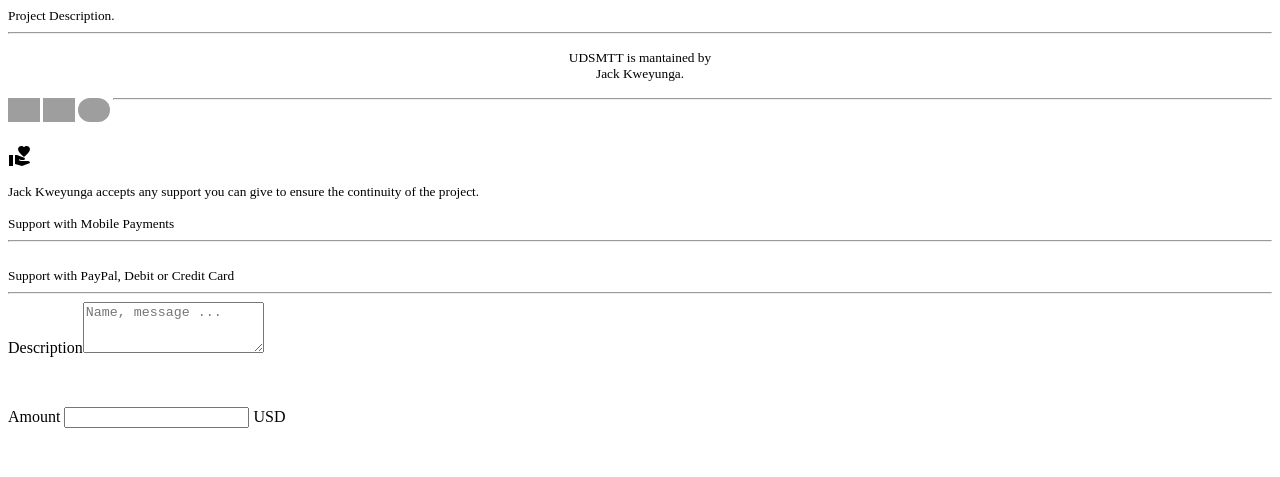
Repository: jackkweyunga/jek-mobile-timetable-v2
Page: src/modules/html/tmb-leftSN.html
An editor plug-in stored every save of this project. The page is shown before and after the next save, followed by the edit.
The browser window is 1280 px wide. The pictures show the whole page.
Pictures or frames that could not be fetched are drawn as grey boxes.

Above is the page before, as saved 2021-11-23 04:34:25.

### src/modules/html/tmb-leftSN.html
<div class="d-flex flex-column p-2">

  <small>Project Description.</small>
  <hr>

  <p class="myFont">
    <center><small>UDSMTT is mantained by <br> Jack Kweyunga.</small></center>
  </p>
  <div class="d-flex justify-content-center">
    <a href="https://tz.linkedin.com/in/jack-k-b7354017a?trk=profile-badge/">
      <img align="left" alt="jack's LinkedIN" width="32px"
        src="https://raw.githubusercontent.com/peterthehan/peterthehan/master/assets/linkedin.svg" />
    </a>

    <a class="px-5" href="https://twitter.com/jackkweyunga">
      <img align="left" alt="jack's twitter" width="32px"
        src="https://raw.githubusercontent.com/peterthehan/peterthehan/master/assets/twitter.svg" />
    </a>

    <a href="https://github.com/jackkweyunga">
      <img align="left" alt="jack's github" width="32px" class="bg-white p-0" style="border-radius: 100px;"
        src="https://raw.githubusercontent.com/peterthehan/peterthehan/master/assets/github.svg" />
    </a>
  </div>
  <hr>

  <br>
  <br>

  <svg xmlns="http://www.w3.org/2000/svg" enable-background="new 0 0 24 24" height="24px" viewBox="0 0 24 24"
    width="24px" fill="#000000">
    <g>
      <rect fill="none" height="24" width="24" />
    </g>
    <g>
      <g>
        <rect height="11" width="4" x="1" y="11" />
        <path
          d="M16,3.25C16.65,2.49,17.66,2,18.7,2C20.55,2,22,3.45,22,5.3c0,2.27-2.91,4.9-6,7.7c-3.09-2.81-6-5.44-6-7.7 C10,3.45,11.45,2,13.3,2C14.34,2,15.35,2.49,16,3.25z" />
        <path
          d="M20,17h-7l-2.09-0.73l0.33-0.94L13,16h2.82c0.65,0,1.18-0.53,1.18-1.18v0c0-0.49-0.31-0.93-0.77-1.11L8.97,11H7v9.02 L14,22l8.01-3v0C22,17.9,21.11,17,20,17z" />
      </g>
    </g>
  </svg>

  <p class="myFont">
    <small>
      Jack Kweyunga accepts any support you can give to
      ensure the continuity of the project.
    </small>

  </p>
</div>

<small class="myFont">Support with Mobile Payments</small>
<hr>


<br>

<small class="myFont">Support with PayPal, Debit or Credit Card</small>
<hr>

<div id="smart-button-container">
  <div class="d-flex flex-column"><label for="description" class="input-group-text">Description</label><textarea
      type="text" name="descriptionInput" id="description" maxlength="127" class="form-control" value="" rows="3"
      placeholder="Name, message ..."></textarea></div>
  <p id="descriptionError" style="visibility: hidden; color:red; text-align: center;">Please enter a description</p>
  <div class="input-group"><label for="amount" class="input-group-text">Amount </label><input name="amountInput"
      type="number" class="form-control" id="amount" value=""><span class="input-group-text"> USD</span></div>
  <p id="priceLabelError" style="visibility: hidden; color:red; text-align: center;">Please enter a price</p>
  <div id="invoiceidDiv" style="text-align: center; display: none;"><label for="invoiceid"> </label><input
      name="invoiceid" class="form-control" maxlength="127" type="text" id="invoiceid" value=""></div>
  <p id="invoiceidError" style="visibility: hidden; color:red; text-align: center;">Please enter an Invoice ID</p>
  <div style="text-align: center; margin-top: 0.625rem;" id="paypal-button-container"></div>
</div>

After the next save:
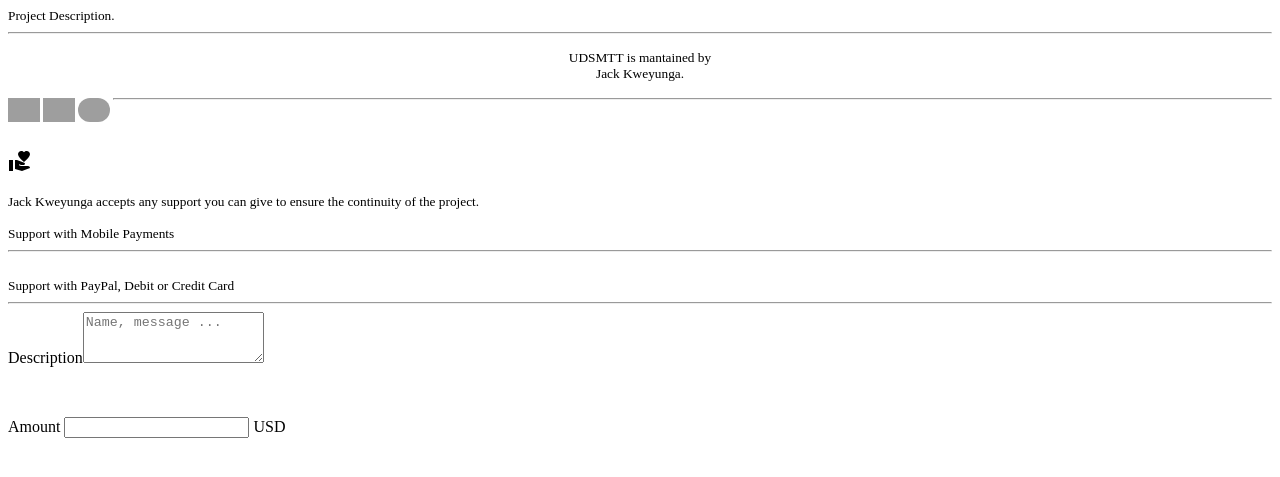
Saved 7 s later.
--- a/src/modules/html/tmb-leftSN.html
+++ b/src/modules/html/tmb-leftSN.html
@@ -27,7 +27,7 @@
   <br>
   <br>
 
-  <svg xmlns="http://www.w3.org/2000/svg" enable-background="new 0 0 24 24" height="24px" viewBox="0 0 24 24"
+  <svg xmlns="http://www.w3.org/2000/svg" enable-background="new 0 0 24 24" height="34px" viewBox="0 0 24 24"
     width="24px" fill="#000000">
     <g>
       <rect fill="none" height="24" width="24" />
